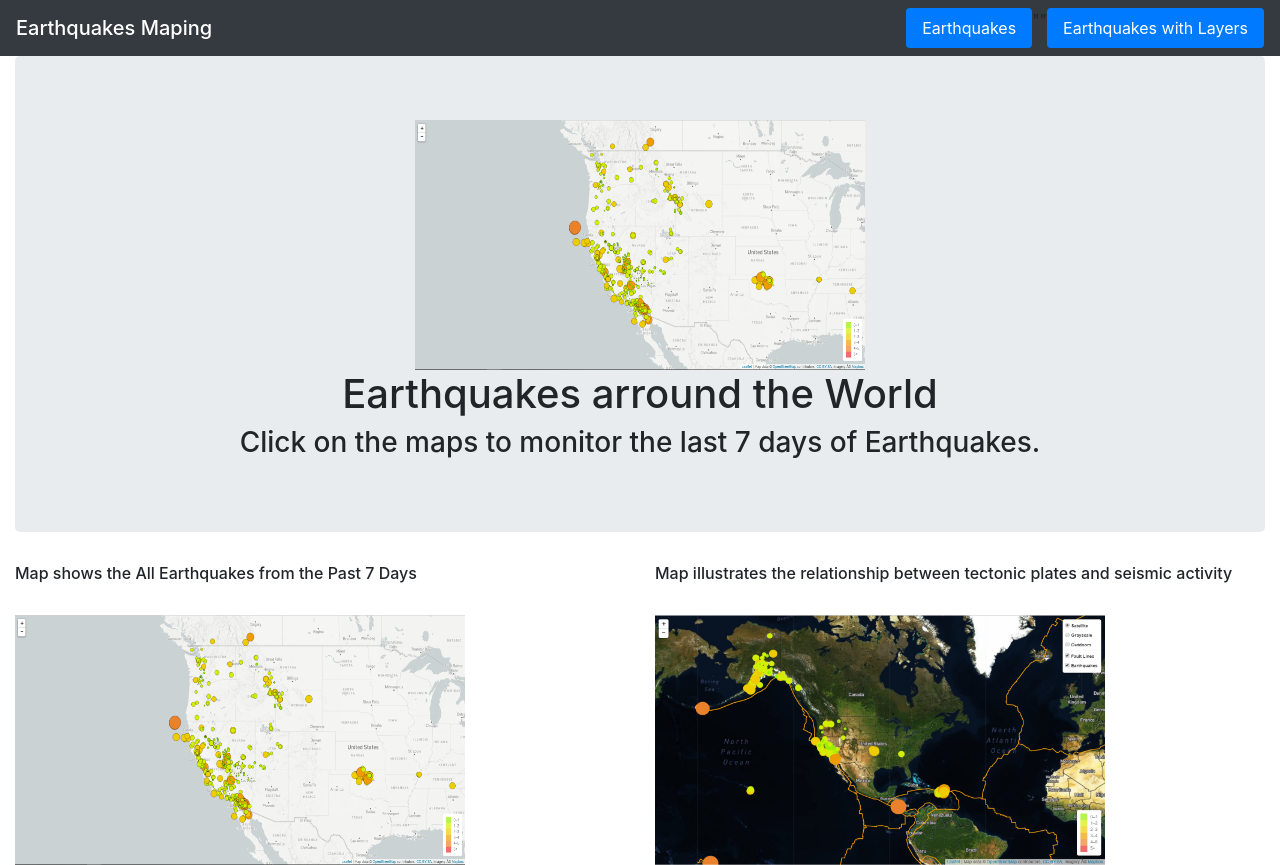
Repository: ermiasgelaye/leaflet-challenge
Page: index.html
These files come from the project's save history. The page is drawn as it stood at one moment and after a run of saves; the edit follows.
The browser window is 1280 px wide. The pictures show the whole page.

Above is the page before, as saved 2020-09-18 22:34:56.

### index.html
<!DOCTYPE html>
<html lang="en">

<head>
    <meta charset="UTF-8" />
    <meta name="viewport" content="width=device-width, initial-scale=1.0" />
    <meta http-equiv="X-UA-Compatible" content="ie=edge" />
    <title>Earthquakes Challenge</title>
    <link rel="stylesheet" href="https://stackpath.bootstrapcdn.com/bootstrap/4.3.1/css/bootstrap.min.css" integrity="sha384-ggOyR0iXCbMQv3Xipma34MD+dH/1fQ784/j6cY/iJTQUOhcWr7x9JvoRxT2MZw1T" crossorigin="anonymous" />

    <!-- jQuery library -->
    <script src="https://ajax.googleapis.com/ajax/libs/jquery/3.4.1/jquery.min.js"></script>
    <link rel="stylesheet" type="text/css" href="static/css/style.css" />
    <!-- Latest compiled JavaScript -->
    <script src="https://maxcdn.bootstrapcdn.com/bootstrap/4.3.1/js/bootstrap.min.js"></script>
</head>

<body>
    <nav class="navbar navbar-dark bg-dark size_hide">
        <a href="index.html"><span class="navbar-brand mb-0 h1 back_color"
          >Earthquakes Maping</span
        ></a
      >

      <ul class="nav nav-pills">
        <li class="nav-item">
          <a class="nav-link active" href="Leaflet-Step-1/step-1.html"
            >Earthquakes</a>
        </li>
        <a>""</a>
        <li class="nav-item">
          <a class="nav-link active" href="Leaflet-Step-2/step-2.html"
            >Earthquakes with Layers</a
          >
        </li>
      </ul>
    </nav>
    <div  class="container-fluid">
      <div class="jumbotron text-center">
        <img src="images/2-BasicMap.png"  width="450" height="250" /></a>
        <h1>Earthquakes arround the World</h1>
        <h3>
          Click on the maps to monitor the last 7 days of Earthquakes.
        </h3>
      </div>
      <div class="row">
        <div class="col-lg-6">
          <h6>Map shows the All Earthquakes from the Past 7 Days</h6>
          <br />
          <a href="Leaflet-Step-1/step-1.html"
            ><img
              src="images/2-BasicMap.png"
              alt="Mapping without Layers"
              width="450"
              height="250"
          /></a>
        </div>
        <div class="col-lg-6">
            <h6>
                Map illustrates the relationship between tectonic plates and seismic activity
            </h6>
            <br />
            <a href="Leaflet-Step-2/step-2.html">
                <img src="images/5-Advanced.png" alt="Mapping with Layers" width="450" height="250" /></a>
        </div>
        </div>
        </div>
</body>

</html>

Loaded but not shown: static/css/style.css (common file)

After the next 2 saves:
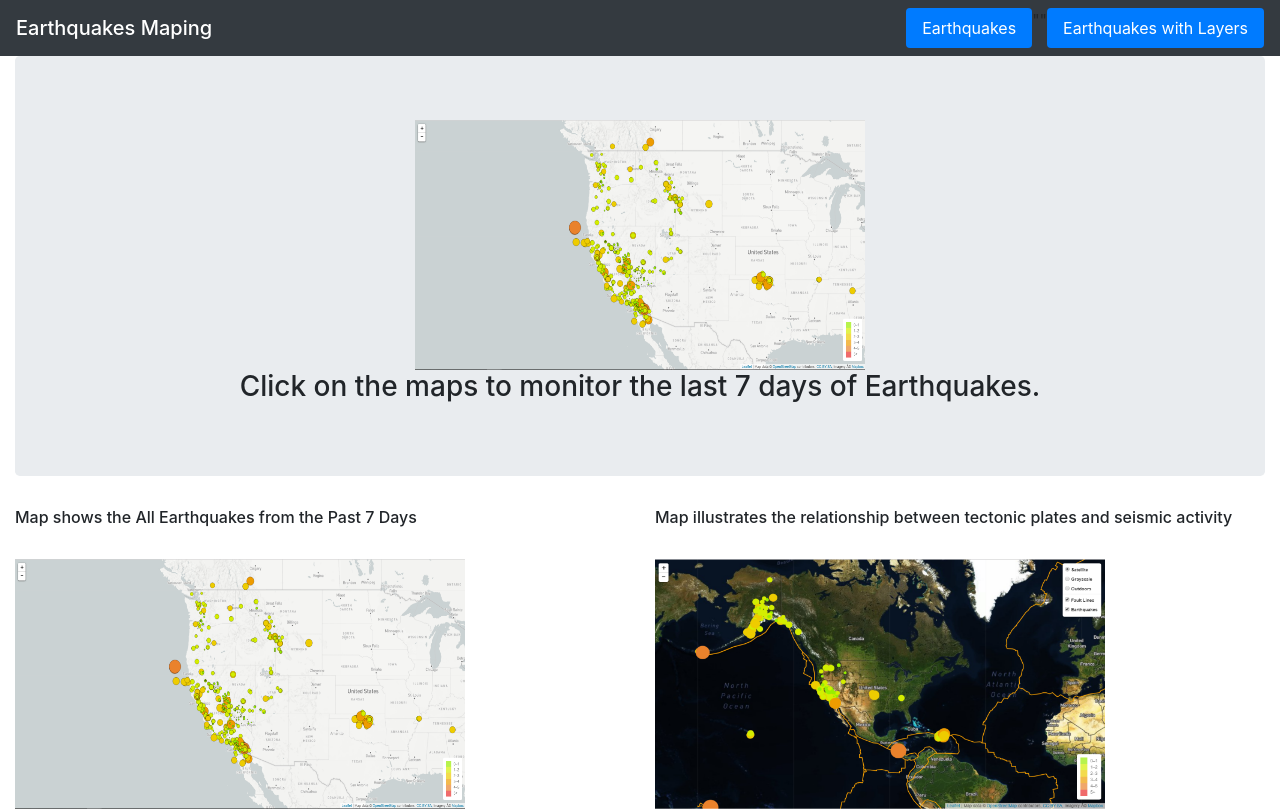
The 2 saves are shown as one change because they came seconds apart.
The last was saved 20 s later.
--- a/index.html
+++ b/index.html
@@ -38,7 +38,6 @@
     <div  class="container-fluid">
       <div class="jumbotron text-center">
         <img src="images/2-BasicMap.png"  width="450" height="250" /></a>
-        <h1>Earthquakes arround the World</h1>
         <h3>
           Click on the maps to monitor the last 7 days of Earthquakes.
         </h3>

After the save that followed:
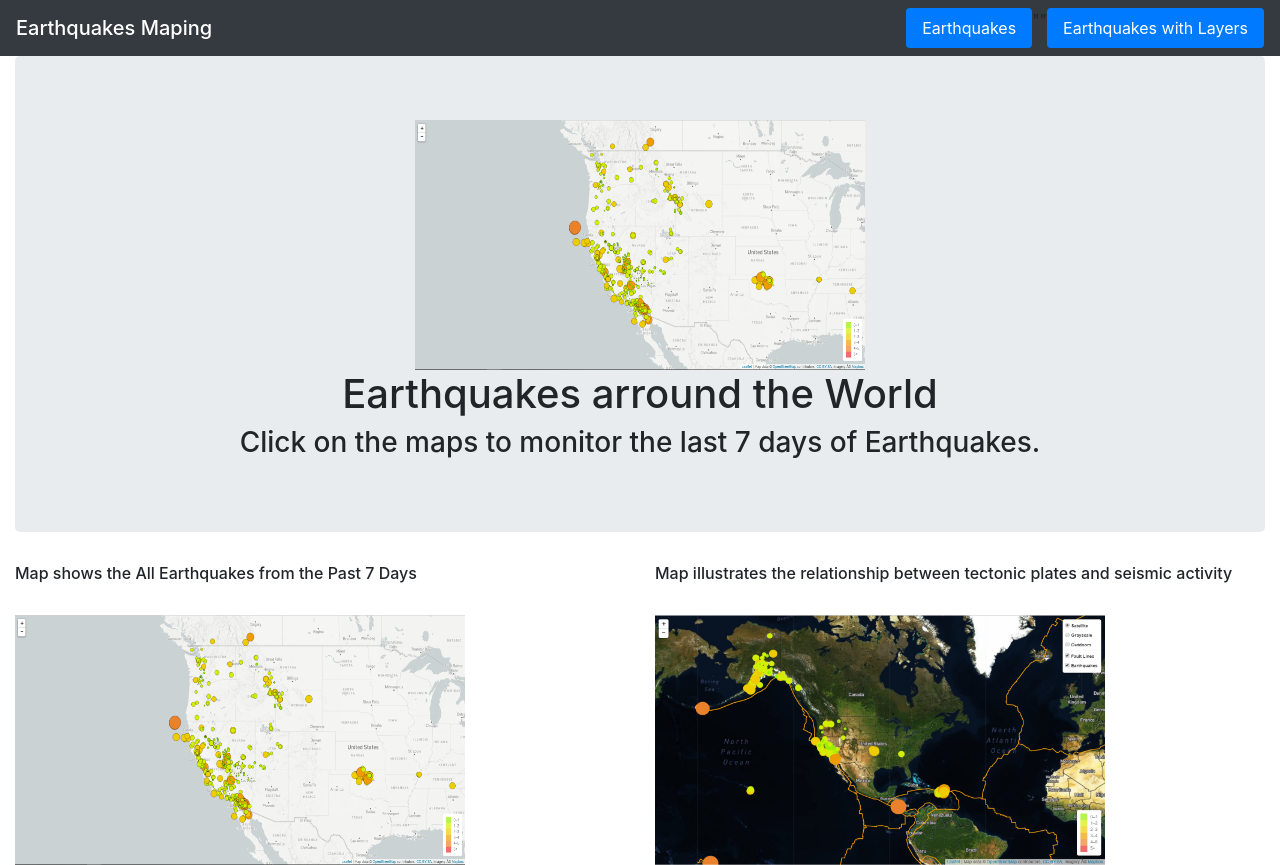
Saved 13 s later.
--- a/index.html
+++ b/index.html
@@ -37,7 +37,8 @@
     </nav>
     <div  class="container-fluid">
       <div class="jumbotron text-center">
-        <img src="images/2-BasicMap.png"  width="450" height="250" /></a>
+        <img src="images/2-BasicMap.png"  width="450"height="250" /></a>
+        <h1>Earthquakes arround the World</h1>
         <h3>
           Click on the maps to monitor the last 7 days of Earthquakes.
         </h3>
